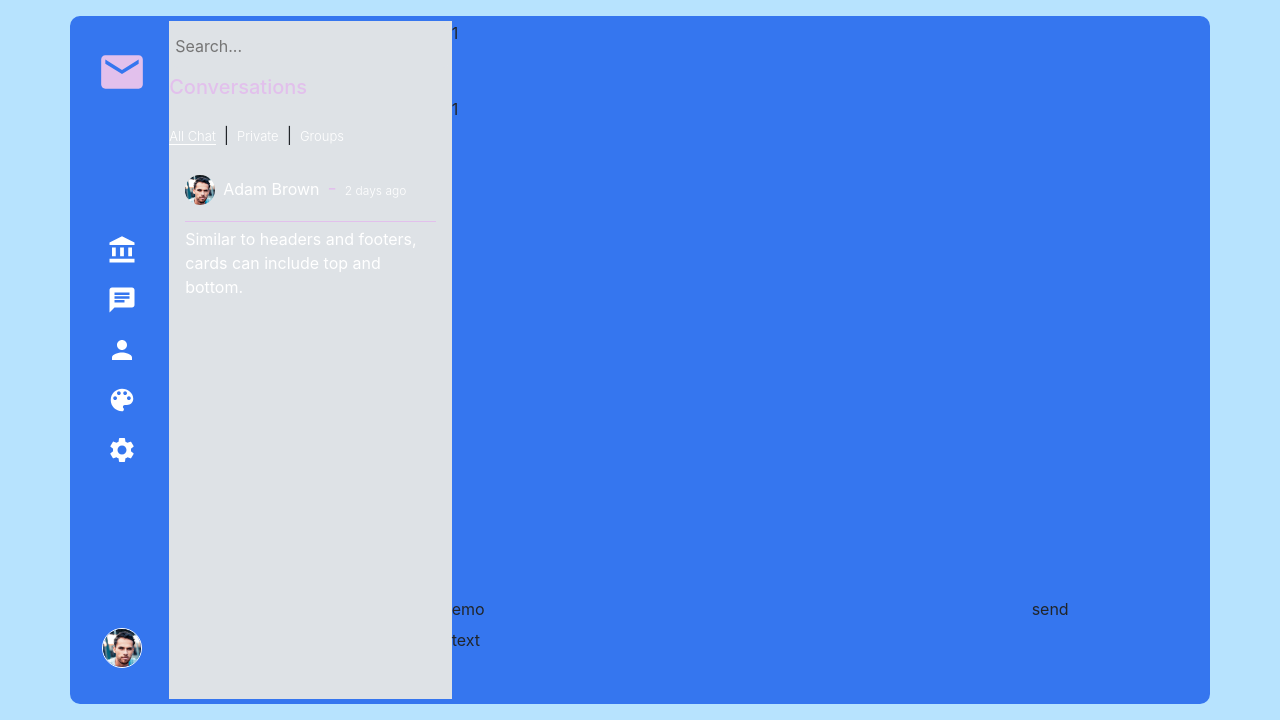
Repository: arafat877/super-chat
Page: /
The author's editor kept a copy of each file at every save. The page is drawn from the files as they stood at one save, then again after the next save.
The browser window is 1280 px wide. The pictures show the whole page.
The project was rebuilt for these pictures with package versions that can differ from the ones it lists, and the page was loaded fresh each time.

Above is the page before, as saved 2020-08-06 23:25:37.

After the next save:
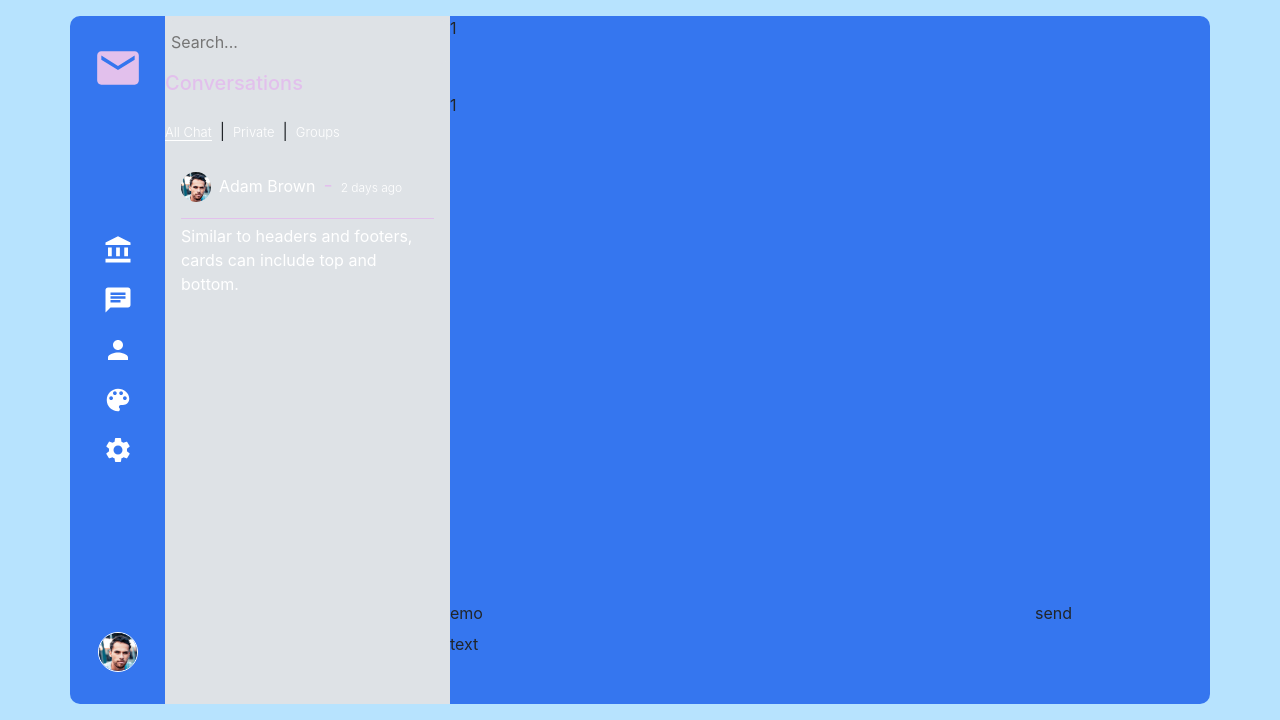
Saved 18 s later.
--- a/src/App.scss
+++ b/src/App.scss
@@ -4,7 +4,6 @@
   .appWrapper {
     background-color: #3576ef;
     border-radius: 10px;
-    border: solid thick #3576ef;
 
     .firstCol {
       .logoRow {
